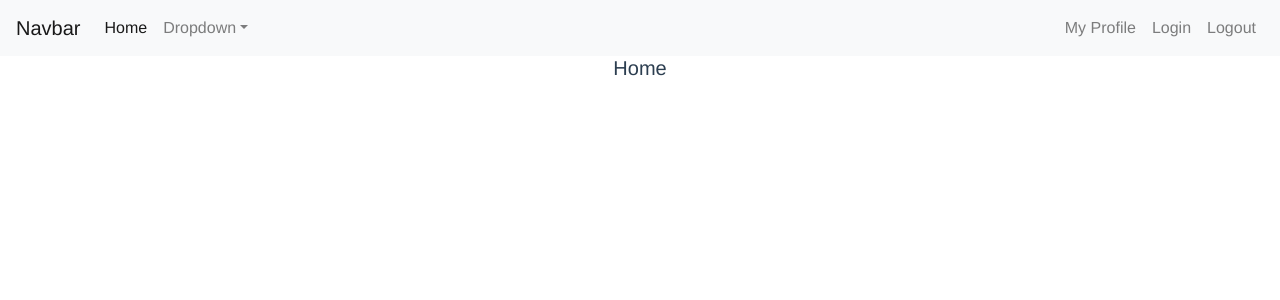
Repository: randrin/Firebase-Auth-Vue
Page: /
An editor plug-in stored every save of this project. The page is shown before and after a run of saves, followed by the edit.
The browser window is 1280 px wide. The pictures show the whole page.
The project was rebuilt for these pictures with package versions that can differ from the ones it lists, and the page was loaded fresh each time. Also part of the build but not shown: src/components/Profile.vue. Imported but missing from the stored project, and not drawn on this page: src/components/Login.

Above is the page before, as saved 2020-08-07 12:58:22.

After the next 4 saves:
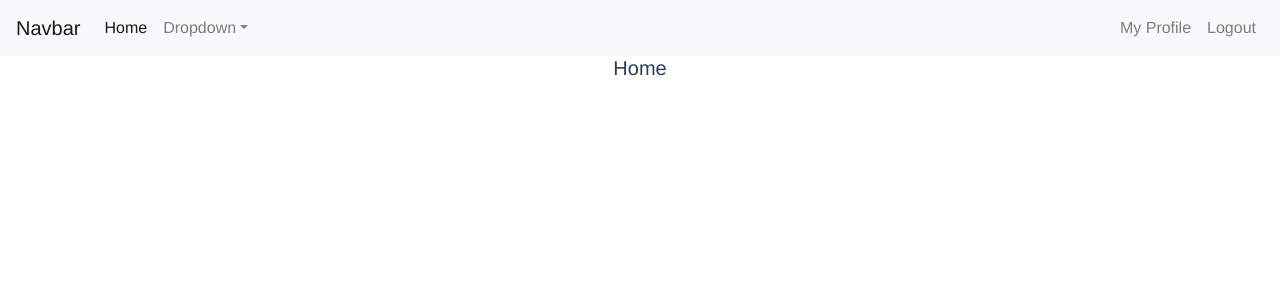
The 4 saves are shown as one change because they came seconds apart.
The last was saved 19 s later.
--- a/src/components/NavBar.vue
+++ b/src/components/NavBar.vue
@@ -48,12 +48,12 @@
             >My Profile</router-link
           >
         </li>
-        <li class="nav-item">
+        <li v-if="user" class="nav-item">
           <router-link :to="{ name: 'Login' }" class="nav-link"
             >Login</router-link
           >
         </li>
-        <li class="nav-item">
+        <li v class="nav-item">
           <a href="#" class="nav-link"
             >Logout</a
           >
